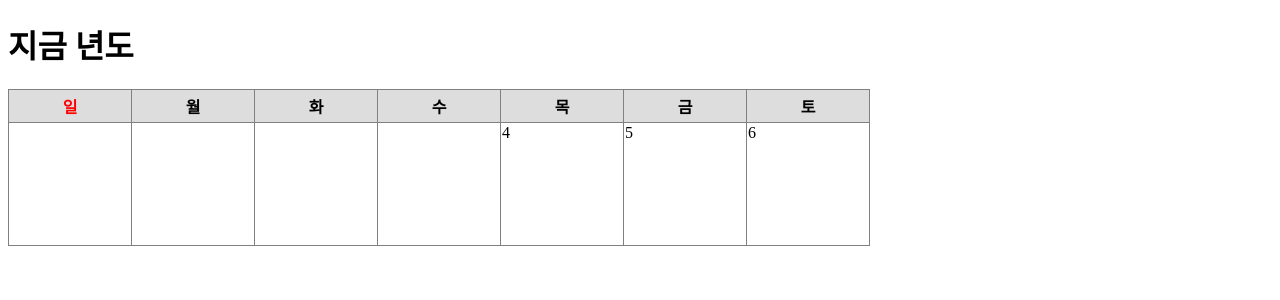
Repository: JIYEONGSTAR/GALENDAR
Page: http://localhost/devdog_calendar/calendar.jsp
An editor plug-in stored every save of this project. The page is shown before and after the next save, followed by the edit.
The browser window is 1280 px wide. The pictures show the whole page.
The page is served by Tomcat 9.

Above is the page before, as saved 2020-04-28 09:33:50.

After the next save:
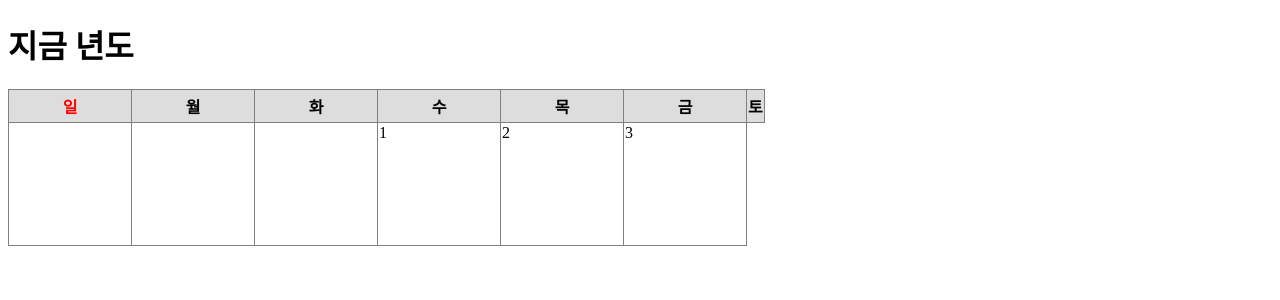
Saved 4 min 45 s later.
--- a/devdog_calendar/WebContent/calendar.jsp
+++ b/devdog_calendar/WebContent/calendar.jsp
@@ -31,17 +31,15 @@
             </tr>
         </thead>
         <tbody>
-        	<tr>
-
-        			<% for(int j=0;j<calendar1.startDay();j++){ %>
+        		<% int i=1; %>
+        		<tr>
+        			<% for(int j=1;j<calendar1.startDay();j++){ %>
         				<td> </td>
         			<%}%>
-        			<% for(int j=calendar1.startDay();j<7;j++){%>
-        				<td><%=j %></td>
+        			<% for(int j=calendar1.startDay();j<7;j++,i++){%>
+        				<td><%=i %></td>
         			<%}%>
-
-
- 			</tr>
+        			</tr>
         </tbody>
     </table>
 </body>

After the save that followed:
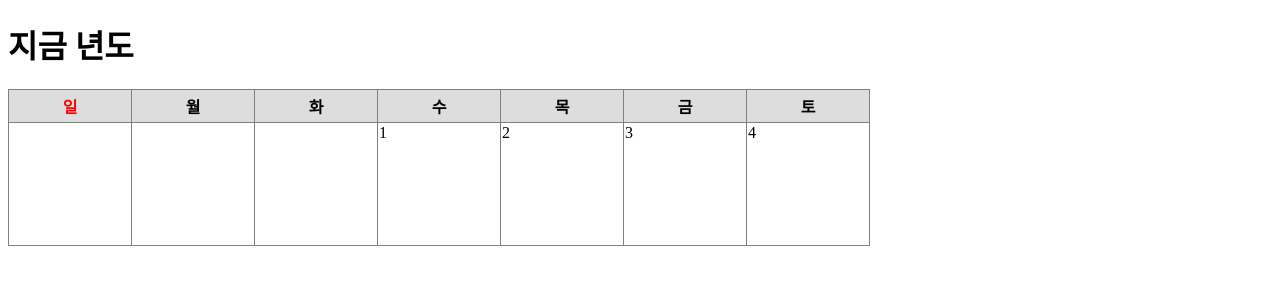
Saved 77 s later.
--- a/devdog_calendar/WebContent/calendar.jsp
+++ b/devdog_calendar/WebContent/calendar.jsp
@@ -36,7 +36,7 @@
         			<% for(int j=1;j<calendar1.startDay();j++){ %>
         				<td> </td>
         			<%}%>
-        			<% for(int j=calendar1.startDay();j<7;j++,i++){%>
+        			<% for(int j=calendar1.startDay();j<=7;j++,i++){%>
         				<td><%=i %></td>
         			<%}%>
         			</tr>
